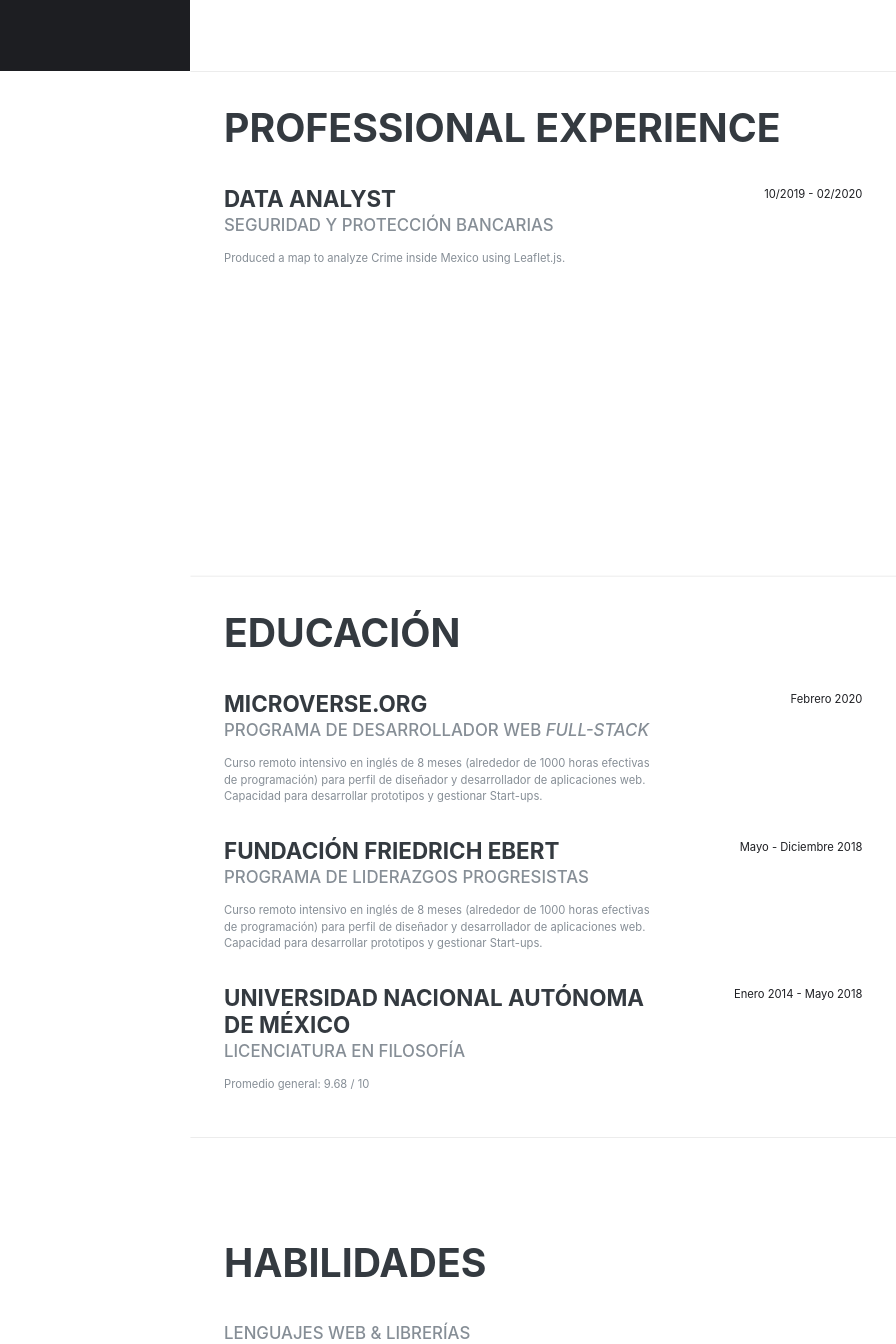
Repository: angel-mora/about-me
Page: en-index.html
These files come from the project's save history. The page is drawn as it stood at one moment and after the next save; the edit follows.
The browser window is 1280 px wide. The pictures show the part of the page from y = 619 to 2539 px (the page is 4406 px tall), at 70% of full size.
Some web fonts or font styles are not loaded; a fallback is used.

Above is the page before, as saved 2020-06-30 18:52:31.

After the next save:
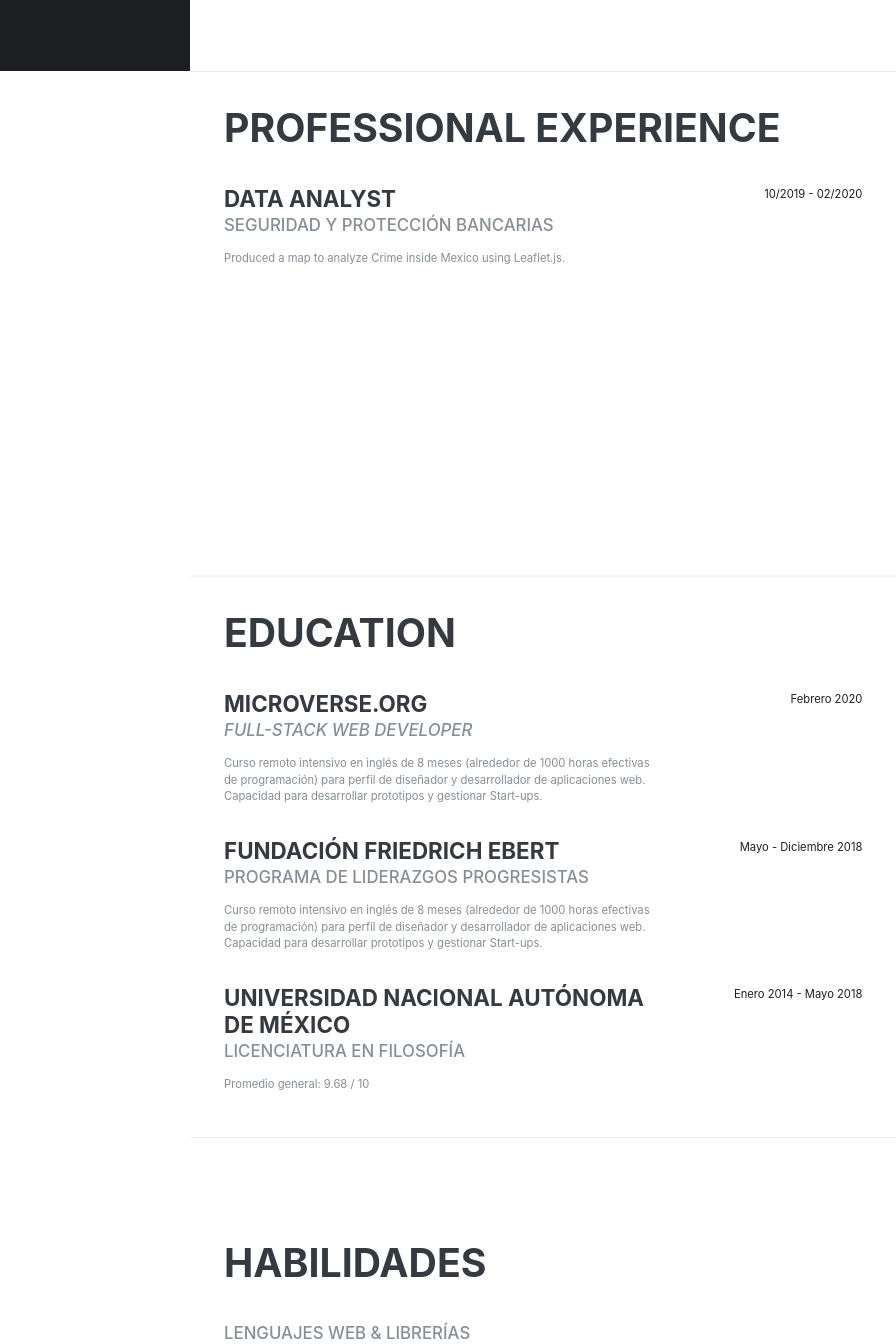
Saved 43 s later.
--- a/en-index.html
+++ b/en-index.html
@@ -116,12 +116,12 @@
 
         <section class="resume-section p-3 p-lg-5 d-flex align-items-center" id="education">
             <div class="w-100">
-                <h2 class="mb-5">Educación</h2>
+                <h2 class="mb-5">Education</h2>
 
                 <div class="resume-item d-flex flex-column flex-md-row justify-content-between mb-5">
                     <div class="resume-content">
                         <h3 class="mb-0">Microverse.org</h3>
-                        <div class="subheading mb-3">Programa de Desarrollador Web <i>Full-stack</i></div>
+                        <div class="subheading mb-3"><i>Full-stack Web Developer</i></div>
                         <div>Curso remoto intensivo en inglés de 8 meses (alrededor de 1000 horas efectivas de programación) para perfil de diseñador y desarrollador de aplicaciones web.<br>Capacidad para desarrollar prototipos y gestionar Start-ups.</div>
                         <!-- <p>GPA: 3.23</p> -->
                     </div>
